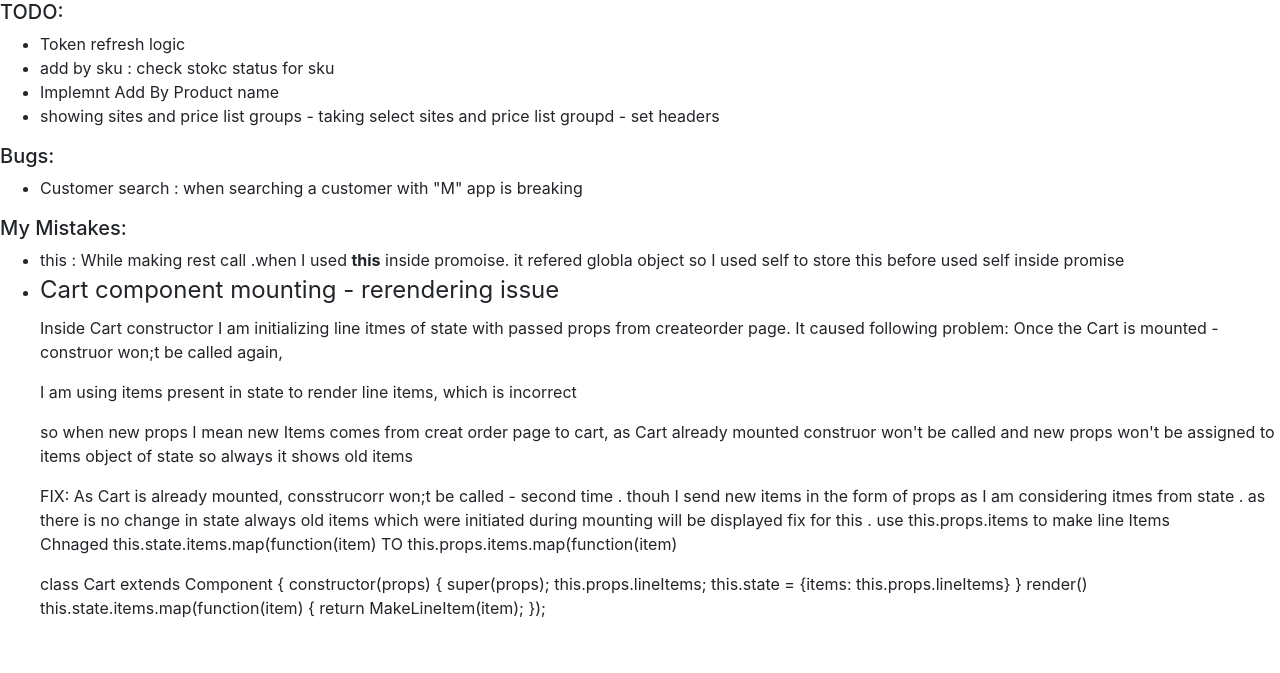
Repository: testtiger/reactagent
Page: /todo
The author's editor kept a copy of each file at every save. The page is drawn from the files as they stood at one save, then again after a run of saves.
The browser window is 1280 px wide. The pictures show the whole page.
The project was rebuilt for these pictures with package versions that can differ from the ones it lists, and the page was loaded fresh each time. Also part of the build but not shown: src/components/Agent/Rest/agent-rest-client.js, src/components/Agent/Dashboard/quicklinks.jsx, src/components/Agent/Dashboard/announcements.jsx, src/components/Agent/Dashboard/recentorders.jsx, src/components/Agent/Dashboard/pendingactions.jsx, src/components/Agent/Dashboard/DashboardPage.jsx, src/components/Agent/Shared/Navigation.jsx, src/components/Agent/Login/loginpage.jsx and 12 more.

Above is the page before, as saved 2018-12-15 16:49:45.

After the next 2 saves:
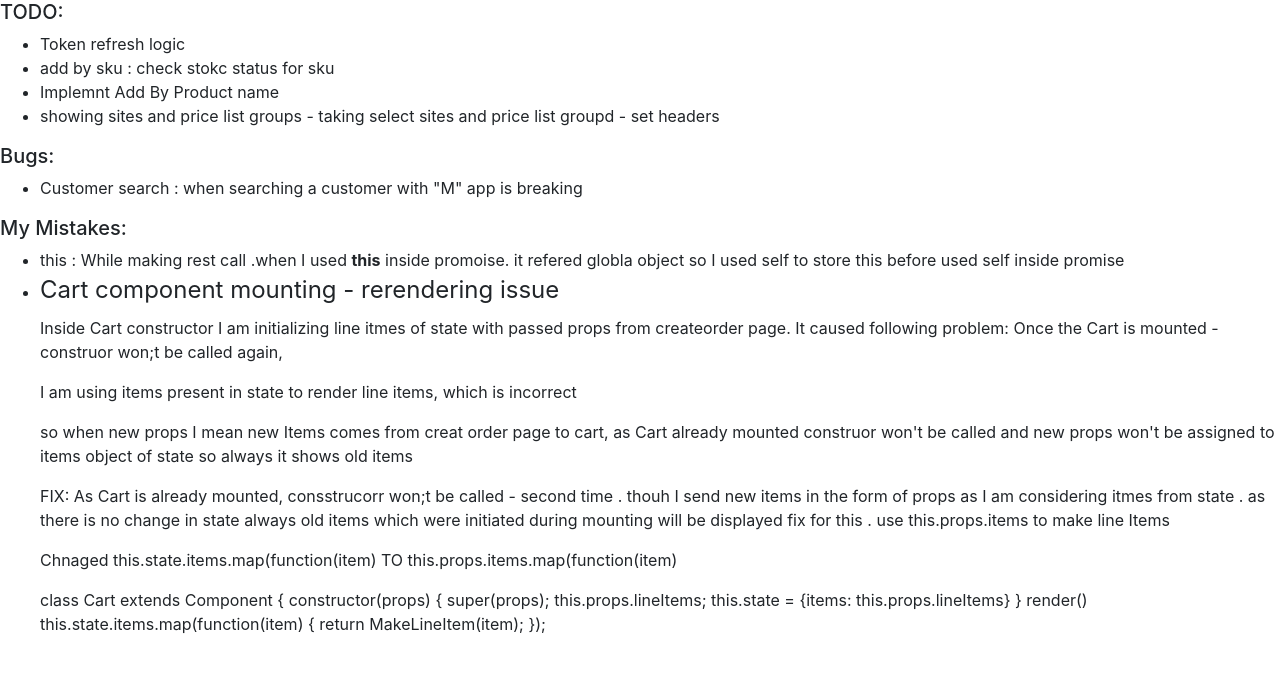
The 2 saves are shown as one change because they came seconds apart.
The last was saved 23 s later.
--- a/src/components/Agent/BugsTODO/TODO.jsx
+++ b/src/components/Agent/BugsTODO/TODO.jsx
@@ -47,13 +47,14 @@ export default class TODO extends Component {
                 new props won't be assigned to items object of state so always
                 it shows old items
               </p>
-              FIX: As Cart is already mounted, consstrucorr won;t be called -
-              second time . thouh I send new items in the form of props as I am
-              considering itmes from state . as there is no change in state
-              always old items which were initiated during mounting will be
-              displayed fix for this . use this.props.items to make line Items
               <p>
-
+                FIX: As Cart is already mounted, consstrucorr won;t be called -
+                second time . thouh I send new items in the form of props as I
+                am considering itmes from state . as there is no change in state
+                always old items which were initiated during mounting will be
+                displayed fix for this . use this.props.items to make line Items
+              </p>
+              <p>
                 Chnaged this.state.items.map(function(item) TO
                 this.props.items.map(function(item)
               </p>
